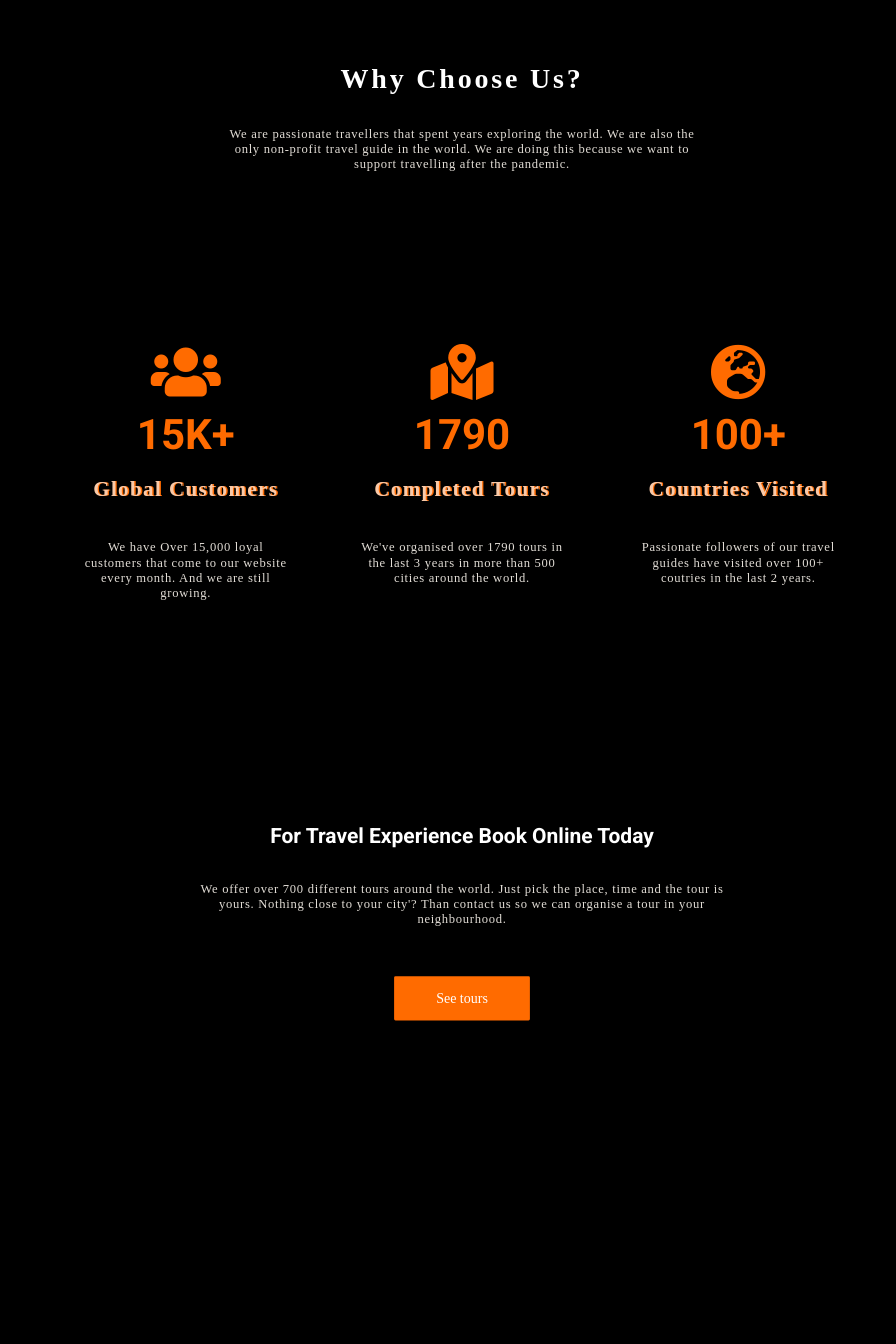
Repository: Hunga9k50doker/wildver-travel
Page: src/index.html
The author's editor kept a copy of each file at every save. The page is drawn from the files as they stood at one save, then again after the next save.
The browser window is 1280 px wide. The pictures show the part of the page from y = 4544 to 6464 px (the page is 6464 px tall), at 70% of full size.
Some web fonts or font styles are not loaded; a fallback is used. The style sheet was rebuilt from its Sass, Less or Tailwind sources for each picture, by a compiler version that may differ from the author's.

Above is the page before, as saved 2021-08-27 22:00:47.

After the next save:
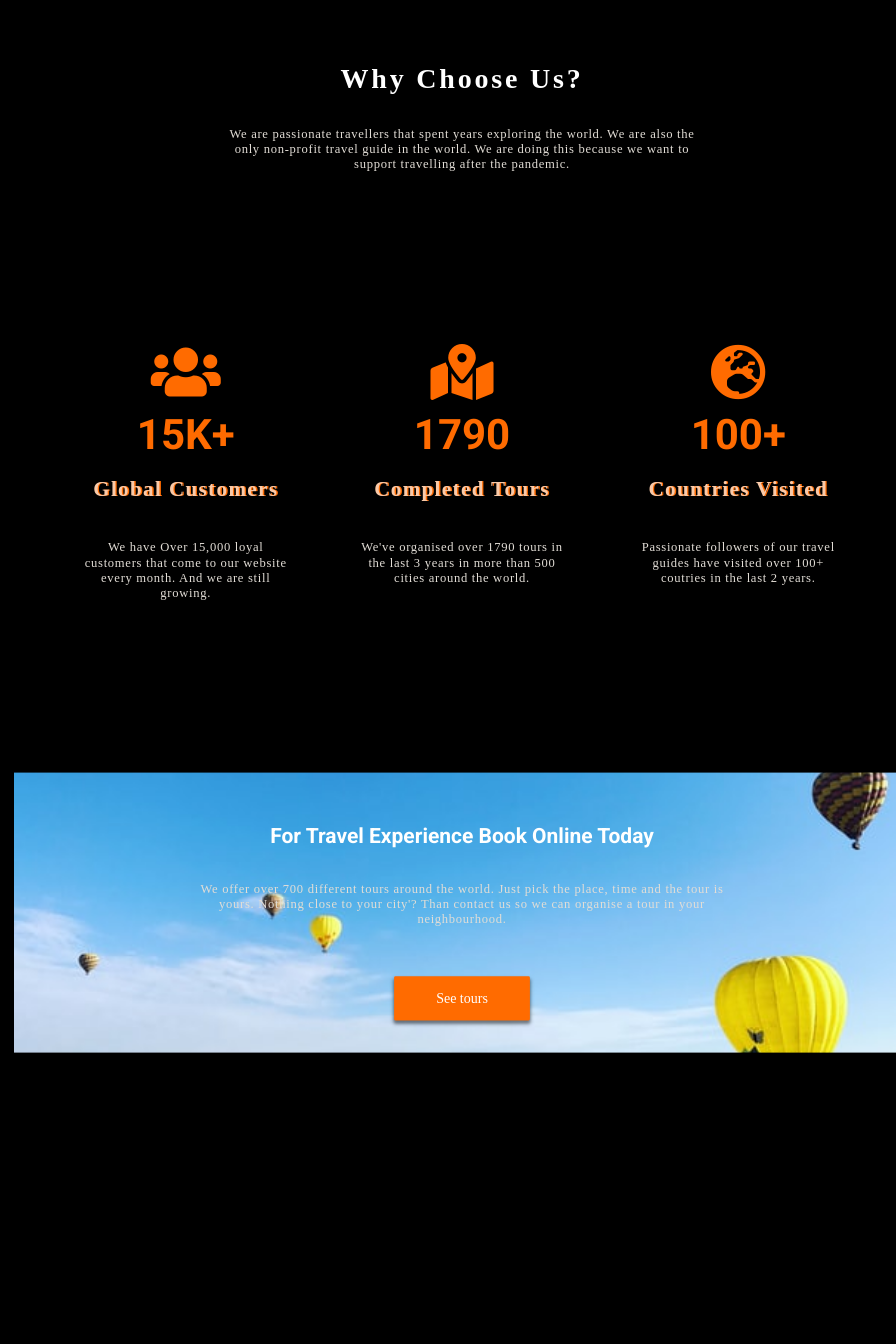
Saved 11 s later.
--- a/src/resources/scss/container.scss
+++ b/src/resources/scss/container.scss
@@ -213,7 +213,7 @@ $mode: cubic-bezier(0.17, 0.67, 0.55, 1.43);
                 justify-content: center;
                 text-align: center;
                 // background: url(/src/public/img/airBllon.jpg) no-repeat center cover;
-                background: url(/src/public/img/airBllon.jpg) no-repeat contain;
+                background: url(/src/public/img/airBllon.jpg) no-repeat center;
                 background-size: 100%;
                 flex-direction: column;
                 h3{
